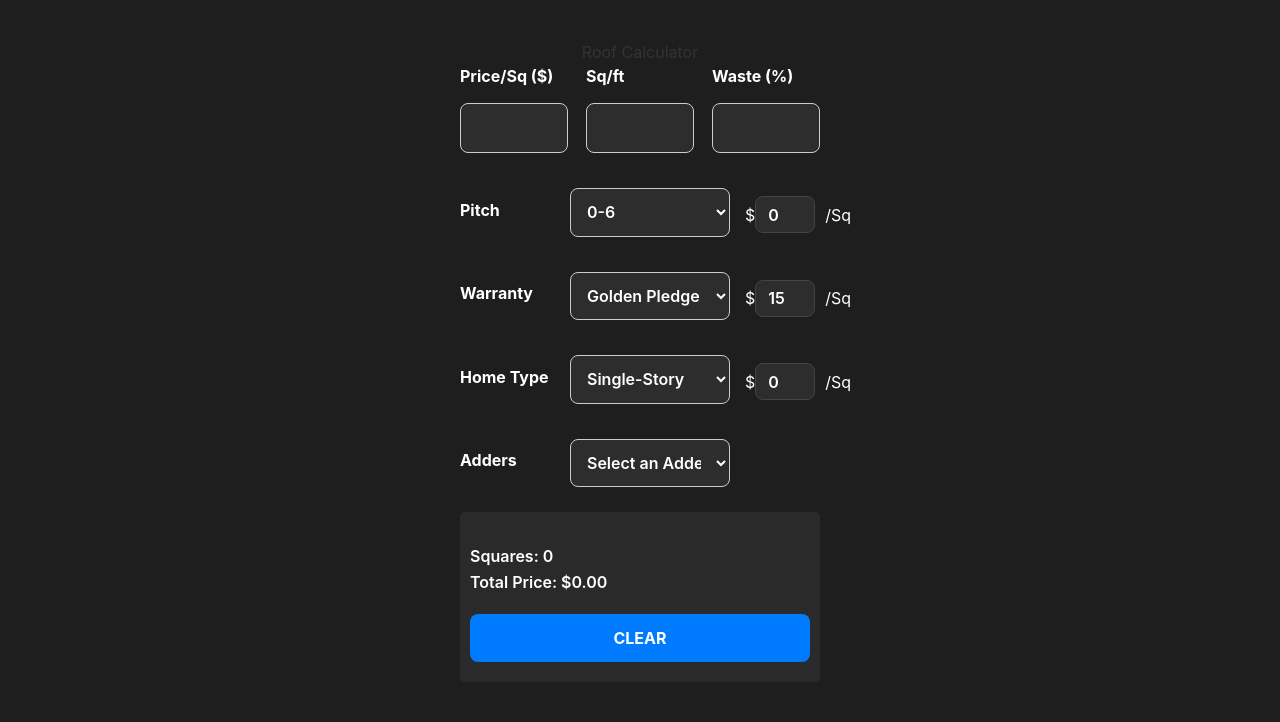
Repository: Tripp-L/roof-calc-app
Page: /
An editor plug-in stored every save of this project. The page is shown before and after the next save, followed by the edit.
The browser window is 1280 px wide. The pictures show the whole page.
The project was rebuilt for these pictures with package versions that can differ from the ones it lists, and the page was loaded fresh each time.

Above is the page before, as saved 2024-10-17 23:51:01.

### public/index.html
<!DOCTYPE html>
<html lang="en">
  <head>
    <meta charset="utf-8" />
    <meta name="viewport" content="width=device-width, initial-scale=1" />
    <title>Roof Calc App</title>
  </head>
  <body>
    <noscript>You need to enable JavaScript to run this app.</noscript>
    <div id="root"></div>
  </body>
</html>

### src/App.js
import React from 'react';
import RoofCalculator from './RoofCalculator';
import './App.css';

function App() {
  return (
    <div className="App">
      <RoofCalculator />
    </div>
  );
}

export default App;

### src/App.css
@import 'tailwindcss/base';
@import 'tailwindcss/components';
@import 'tailwindcss/utilities';

body {
  font-family: -apple-system, BlinkMacSystemFont, "Segoe UI", Roboto, Helvetica, Arial, sans-serif, "Apple Color Emoji", "Segoe UI Emoji", "Segoe UI Symbol";
}

input:focus, select:focus {
  outline: none;
}

.price-input-container {
  display: inline-flex;
  align-items: center;
  border: 1px solid #ccc;
  border-radius: 4px;
  overflow: hidden;
}

.price-symbol {
  padding-left: 8px;
  color: #666;
}

.price-input {
  border: none;
  outline: none;
  padding: 8px;
  width: 60px;
  font-size: 16px;
}

.price-input::-webkit-inner-spin-button,
.price-input::-webkit-outer-spin-button {
  opacity: 1;
}

.App {
  display: flex;
  flex-direction: column;
  min-height: 100vh;
  max-width: 100%;
  padding: 20px;
  font-size: 16px;
  line-height: 1.5;
  touch-action: manipulation;
}

@media (min-width: 768px) {
  .App {
    max-width: 90%;
    margin: 0 auto;
  }
}

@media (min-width: 1024px) {
  .App {
    max-width: 1200px;
  }
}

.App input,
.App select,
.App button {
  font-size: 16px;
  padding: 12px;
  margin: 10px 0;
  border-radius: 8px;
  border: 1px solid #ccc;
  width: 100%;
  box-sizing: border-box;
}

.App button {
  background-color: #007bff;
  color: white;
  border: none;
  cursor: pointer;
  transition: background-color 0.3s ease;
}

.App button:hover,
.App button:focus {
  background-color: #0056b3;
}

.App label {
  display: block;
  margin-bottom: 5px;
  font-weight: bold;
}

.sqft-input {
  width: 10%;
  padding: 8px;
  margin-top: 5px;
  border: 1px solid #ccc;
  border-radius: 4px;
  box-sizing: border-box;
}

.waste-select {
  width: 10%;
  padding: 8px;
  margin-top: 5px;
  border: 1px solid #ccc;
  border-radius: 4px;
  box-sizing: border-box;
}

.warranty-container {
  display: flex;
  align-items: center;
  margin-bottom: 10px;
}

.warranty-price-container {
  display: flex;
  align-items: center;
  margin-left: 10px;
}

.dollar-sign {
  margin-right: 5px;
  font-weight: bold;
}

.warranty-price-adjust {
  padding: 5px;
}

.warranty-price-adjust::before {
  content: "+";
  margin-right: 5px;
}

.warranty-adjust {
  margin-left: 10px;
}

.warranty-adjust select {
  margin-left: 5px;
}

.keypad button:last-child {
  grid-column: span 4;
  background-color: #f0f0f0;
  color: #333;
}

.digits button:last-child {
  background-color: #f0f0f0;
  color: #333;
  grid-column: span 2;
}

.home-type-section {
  margin-bottom: 20px;
}

.home-type-options {
  display: flex;
  justify-content: space-between;
  align-items: center;
  margin-bottom: 10px;
}

.home-type-options label {
  display: flex;
  align-items: center;
}

.price-input {
  display: flex;
  align-items: center;
  border: 1px solid #ccc;
  border-radius: 4px;
  padding: 5px;
}

.price-input span {
  margin-right: 5px;
}

.price-input input {
  border: none;
  outline: none;
  width: 60px;
}

### src/RoofCalculator.css
body {
  background-color: #1e1e1e;
  color: #ffffff;
  font-family: Arial, sans-serif;
}

.calculator {
  max-width: 400px;
  margin: 0 auto;
  padding: 20px;
}

.input-group {
  display: grid;
  grid-template-columns: 100px 1fr 80px;
  align-items: center;
  gap: 10px;
  margin-bottom: 15px;
}

.input-group label {
  margin-right: 0;
}

/* Style for the previously longer inputs */
.input-group input[type="number"] {
  width: 84px;
  height: 37px;
  background-color: #2d2d2d;
  color: white;
  border: 1px solid #444;
  padding: 2 8px;
  font-size: 16px;
  font-weight: 600;
  line-height: 22px;
  box-sizing: border-box;
  margin-bottom: 10px;
}

/* Style for select dropdowns and pitch price input */
.input-group select,
.warranty-price-input input,
.home-type-price-input input {
    width: 100%;
    height: 30px;
    background-color: #2d2d2d;
    color: white;
    border: 1px solid #444;
    padding: 0 8px;
    font-size: 14px;
    line-height: 30px;
    box-sizing: border-box;
    margin-bottom: 10px;
}

.input-group select,
.pitch-price-input input {
  width: 150px; /* Reduced from 100% */
  height: 48.5px;
  background-color: #2d2d2d;
  color: white;
  border: 1px solid #444;
  padding: 2 8px;
  font-size: 14px;
  font-weight: 600;
  line-height: 30px;
  box-sizing: border-box;
}


.pitch-price-input,
.warranty-price-input,
.home-type-price-input {
  display: flex;
  align-items: center;
  width: 100%;
}

.dollar-sign {
  color: #ccc;
  margin-right: 2px;
}

label {
  display: block;
  margin-bottom: 20px;
}

input, select {
  width: 100%;
  padding: 8px;
  background-color: #2d2d2d;
  border: 1px solid #3d3d3d;
  color: #ffffff;
  margin-bottom: 20px;
}

.results {
  margin-top: 20px;
  font-weight: bold;
  font-size: 20px;
  margin-bottom: 10px;
}

h1 {
  text-align: center;
  color: #333;
  margin-bottom: 25px;
}

.calculator-section {
  margin-bottom: 20px;
}

.price-input-container {
  display: inline-flex;
  align-items: center;
  border: 1px solid #ccc;
  border-radius: 4px;
  overflow: hidden;
  margin-top: 20px;
  margin-bottom: 20px;
}

.price-symbol {
  padding: 0 8px;
  background-color: #f0f0f0;
  color: #666;
}

.price-input {
  width: 60px;
  border: none;
  padding: 8px;
  text-align: right;
  font-size: 16px;
  font-weight: 600;
  margin-top: 20px;
  margin-bottom: 20px;
}

.total {
  background-color: #f0f0f0;
  padding: 15px;
  border-radius: 5px;
  text-align: center;
  font-size: 25px;
  font-weight: 600;
  line-height: 22px;
  box-sizing: border-box;
  background-color: #2d2d2d;
  color: rgb(255, 255, 255);
}

.total h3 {
  margin: 10;
  color: #333;
  color: rgb(255, 255, 255);
}

.total p {
  font-size: 26px;
  font-weight: bold;
  color: #4CAF50;
  margin: 20px 0 0;
  color: rgb(255, 255, 255);
}

.warranty-price-input {
  display: flex;
  align-items: center;
  margin-top: 5px;
}

.warranty-price-input input {
  width: 60px;
  height: 30px;
  background-color: #2d2d2d;
  color: white;
  border: 1px solid #444;
  padding: 0 8px;
  font-size: 14px;
  line-height: 30px;
  box-sizing: border-box;
}

.warranty-price-input span {
  color: #ccc;
  margin: 0 4px;
}

.home-type-group {
  margin-bottom: 20px;
}

.home-type-label {
  font-size: 18px;
  font-weight: bold;
  color: #ffffff;
  margin-bottom: 10px;
  display: block;
}

.home-type-options {
  display: grid;
  grid-template-columns: auto 1fr auto;
  gap: 8px 12px;
  align-items: center;
}

.home-type-option input[type="radio"] {
  appearance: none;
  width: 12px;
  height: 12px;
  border: 2px solid #ffffff;
  border-radius: 50%;
  outline: none;
  cursor: pointer;
  margin: 0;
}

.home-type-option input[type="radio"]:checked {
  background-color: #ffffff;
  box-shadow: inset 0 0 0 2px #2d2d2d;
}

.home-type-text {
  color: #cccccc;
  font-size: 14px;
}

.home-type-price {
  color: #cccccc;
  font-size: 14px;
  justify-self: end;
}

.price-input-wrapper {
  display: flex;
  align-items: center;
  margin-top: 5px;
}

.price-input-wrapper input[type="number"] {
  width: 60px;
  margin-right: 5px;
}

.price-input-wrapper span {
  margin-left: 5px;
}

.results-container {
  background-color: #2a2a2a;
  padding: 10px; /* Further reduced padding */
  border-radius: 5px;
  margin-top: 12px; /* Slightly reduced top margin */
}

.results {
  margin-bottom: 8px; /* Reduced margin */
}

.results p {
  margin: 2px 0; /* Reduced margin */
  font-size: 16px; /* Increased font size */
  color: #ffffff;
  font-weight: 600; /* Made text slightly bolder */
}

.clear-button {
  width: auto; /* Changed from 100% to auto */
  padding: 6px 10px; /* Added horizontal padding */
  background-color: transparent; /* Removed background color */
  color: #dc3545; /* Changed to red color */
  border: none;
  font-size: 16px;
  font-weight: bold;
  text-transform: uppercase;
  cursor: pointer;
  transition: color 0.3s ease;
}

.clear-button:hover {
  color: #c82333; /* Darker red on hover */
}

.clear-button:active {
  color: #bd2130; /* Even darker red when active */
}

/* Adjust the results container to align the button to the right */
.results-container {
  display: flex;
  flex-direction: column;
  align-items: flex-end;
}

.results {
  width: 100%;
  margin-bottom: 8px;
}

.selected-adder .adder-input-wrapper {
  display: flex;
  align-items: center;
}

.selected-adder input[type="number"] {
  width: 60px;
  margin-right: 5px;
}

.selected-adder span {
  margin-right: 10px;
}

.remove-adder {
  background: none !important;
  border: none;
  color: white;
  font-size: 1.2em;
  cursor: pointer;
  padding: 0;
  margin-left: 10px;
  line-height: 1;
}

.remove-adder:hover {
  color: #ff4d4d; /* Light red color on hover */
}

.adder-input-wrapper {
  display: flex;
  align-items: center;
}

.selected-adder input[type="number"] {
  width: 60px;
  margin-right: 5px;
}

.selected-adder span {
  margin-right: 10px;
}

/* Add this new class */
.horizontal-inputs {
  display: flex;
  justify-content: space-between;
  margin-bottom: 15px; /* Adjust as needed */
}

/* Modify the existing .input-group class */
.input-group {
  display: grid;
  grid-template-columns: 100px 1fr 80px;
  align-items: center;
  gap: 10px;
  margin-bottom: 15px;
}

/* Add this new class for the horizontal input groups */
.horizontal-input-group {
  width: 30%; /* Adjust this value to control spacing between inputs */
}

.horizontal-input-group label {
  display: block;
  margin-bottom: 5px;
}

.horizontal-input-group input[type="number"] {
  width: 100%; /* Make the input fill its container */
}

/* Adjust the width of select dropdowns */
.input-group select {
  width: 100%;
  height: 48.5px;
  background-color: #2d2d2d;
  color: white;
  border: 1px solid #444;
  padding: 2px 8px;
  font-size: 14px;
  font-weight: 600;
  line-height: 30px;
  box-sizing: border-box;
}

/* Adders dropdown */
.input-group:last-of-type select {
  width: 100%; /* Full width for Adders dropdown */
}

/* Adjust the price input wrappers */
.pitch-price-input,
.warranty-price-input,
.home-type-price-input {
  display: flex;
  align-items: center;
  width: 100%;
}

/* Adjust the width of the price inputs */
.pitch-price-input input,
.warranty-price-input input,
.home-type-price-input input {
  width: 100%;
  height: 48.5px;
  background-color: #2d2d2d;
  color: white;
  border: 1px solid #444;
  padding: 0 8px;
  font-size: 14px;
  line-height: 48.5px;
  box-sizing: border-box;
}

/* Adders dropdown */
.input-group:last-of-type {
  grid-template-columns: 100px 1fr;
}

.input-group:last-of-type select {
  grid-column: 2 / -1;
}

Loaded but not shown: src/index.js (common file); tailwind.config.js (common file); src/RoofCalculator.js (492 lines, source omitted)

After the next save:
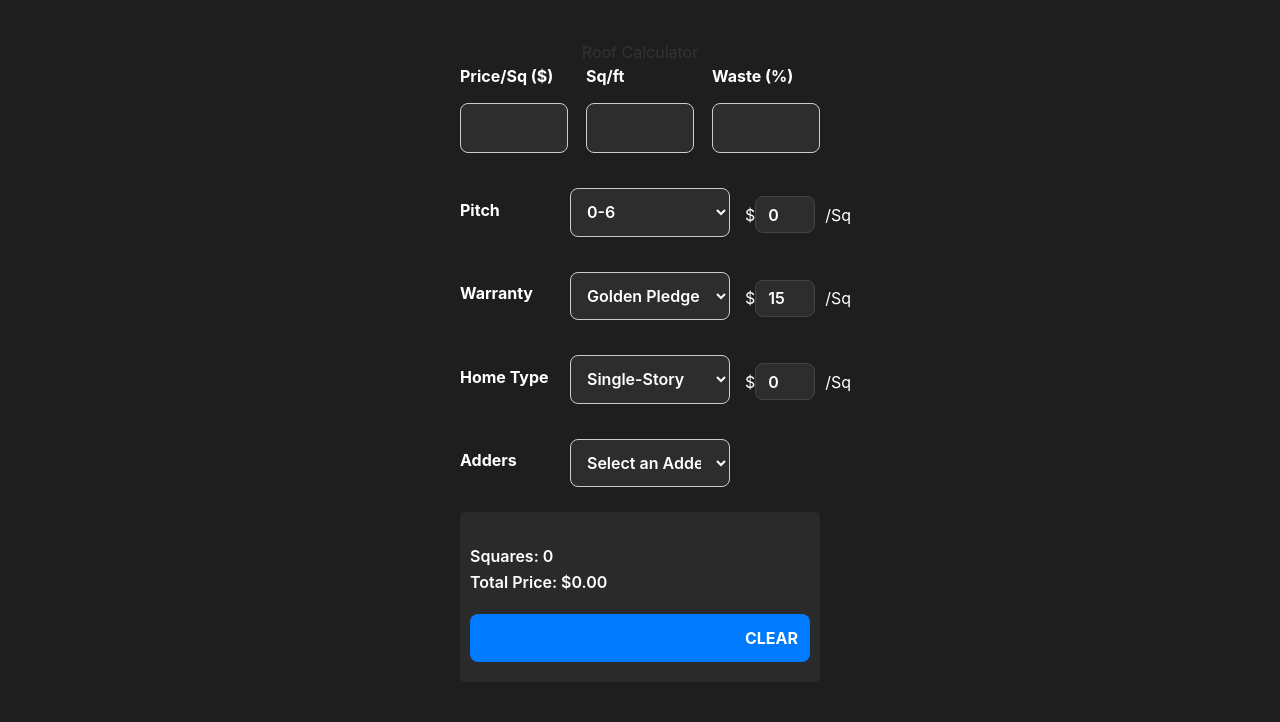
Saved 99 s later.
--- a/src/RoofCalculator.css
+++ b/src/RoofCalculator.css
@@ -252,41 +252,38 @@
 
 .results-container {
   background-color: #2a2a2a;
-  padding: 10px; /* Further reduced padding */
+  padding: 10px;
   border-radius: 5px;
-  margin-top: 12px; /* Slightly reduced top margin */
+  margin-top: 12px;
 }
 
 .results {
-  margin-bottom: 8px; /* Reduced margin */
+  margin-bottom: 8px;
 }
 
 .results p {
-  margin: 2px 0; /* Reduced margin */
-  font-size: 16px; /* Increased font size */
+  margin: 2px 0;
+  font-size: 16px;
   color: #ffffff;
-  font-weight: 600; /* Made text slightly bolder */
+  font-weight: 600;
 }
 
 .clear-button {
-  width: auto; /* Changed from 100% to auto */
-  padding: 6px 10px; /* Added horizontal padding */
-  background-color: transparent; /* Removed background color */
-  color: #dc3545; /* Changed to red color */
+  background: none;
   border: none;
+  color: #dc3545; /* Red color */
   font-size: 16px;
   font-weight: bold;
   text-transform: uppercase;
   cursor: pointer;
-  transition: color 0.3s ease;
+  padding: 0;
+  margin: 0;
+  text-align: right;
+  width: 100%;
 }
 
 .clear-button:hover {
   color: #c82333; /* Darker red on hover */
-}
-
-.clear-button:active {
-  color: #bd2130; /* Even darker red when active */
 }
 
 /* Adjust the results container to align the button to the right */

After the save that followed:
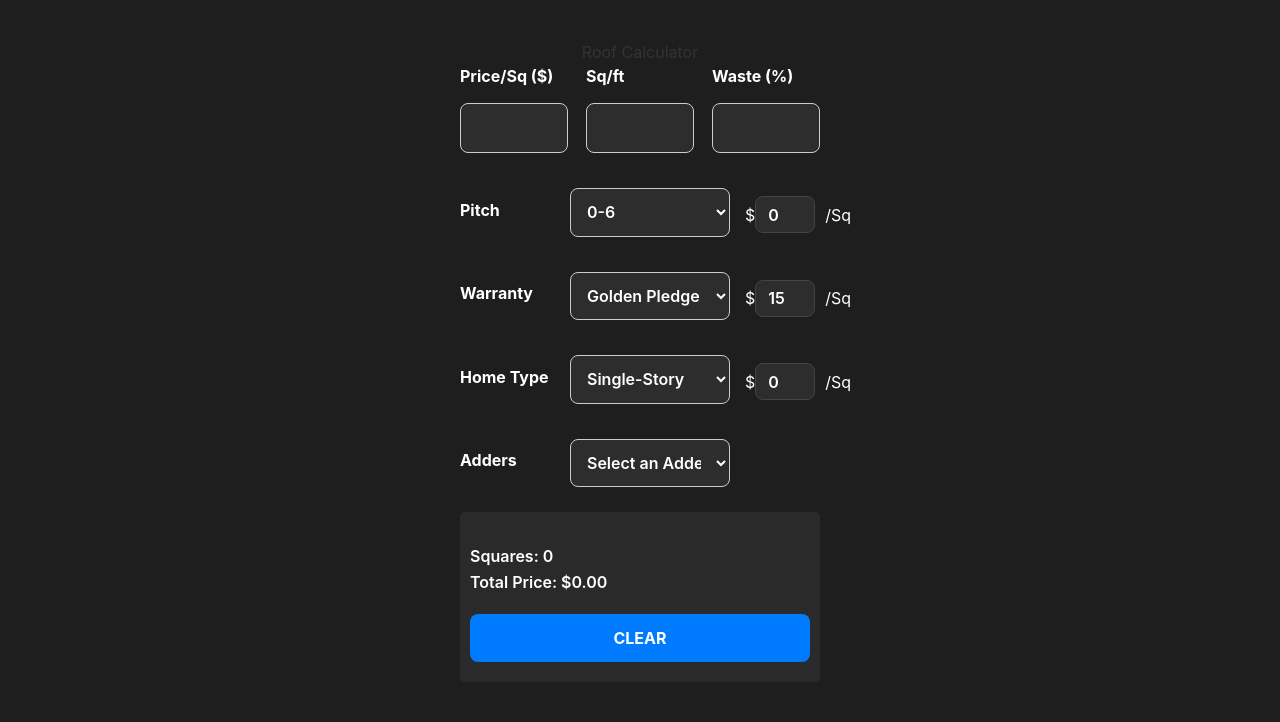
Saved 26 s later.
--- a/src/RoofCalculator.css
+++ b/src/RoofCalculator.css
@@ -252,38 +252,41 @@
 
 .results-container {
   background-color: #2a2a2a;
-  padding: 10px;
+  padding: 10px; /* Further reduced padding */
   border-radius: 5px;
-  margin-top: 12px;
+  margin-top: 12px; /* Slightly reduced top margin */
 }
 
 .results {
-  margin-bottom: 8px;
+  margin-bottom: 8px; /* Reduced margin */
 }
 
 .results p {
-  margin: 2px 0;
-  font-size: 16px;
+  margin: 2px 0; /* Reduced margin */
+  font-size: 16px; /* Increased font size */
   color: #ffffff;
-  font-weight: 600;
+  font-weight: 600; /* Made text slightly bolder */
 }
 
 .clear-button {
-  background: none;
+  width: auto; /* Changed from 100% to auto */
+  padding: 6px 10px; /* Added horizontal padding */
+  background-color: transparent; /* Removed background color */
+  color: #dc3545; /* Changed to red color */
   border: none;
-  color: #dc3545; /* Red color */
   font-size: 16px;
   font-weight: bold;
   text-transform: uppercase;
   cursor: pointer;
-  padding: 0;
-  margin: 0;
-  text-align: right;
-  width: 100%;
+  transition: color 0.3s ease;
 }
 
 .clear-button:hover {
   color: #c82333; /* Darker red on hover */
+}
+
+.clear-button:active {
+  color: #bd2130; /* Even darker red when active */
 }
 
 /* Adjust the results container to align the button to the right */
